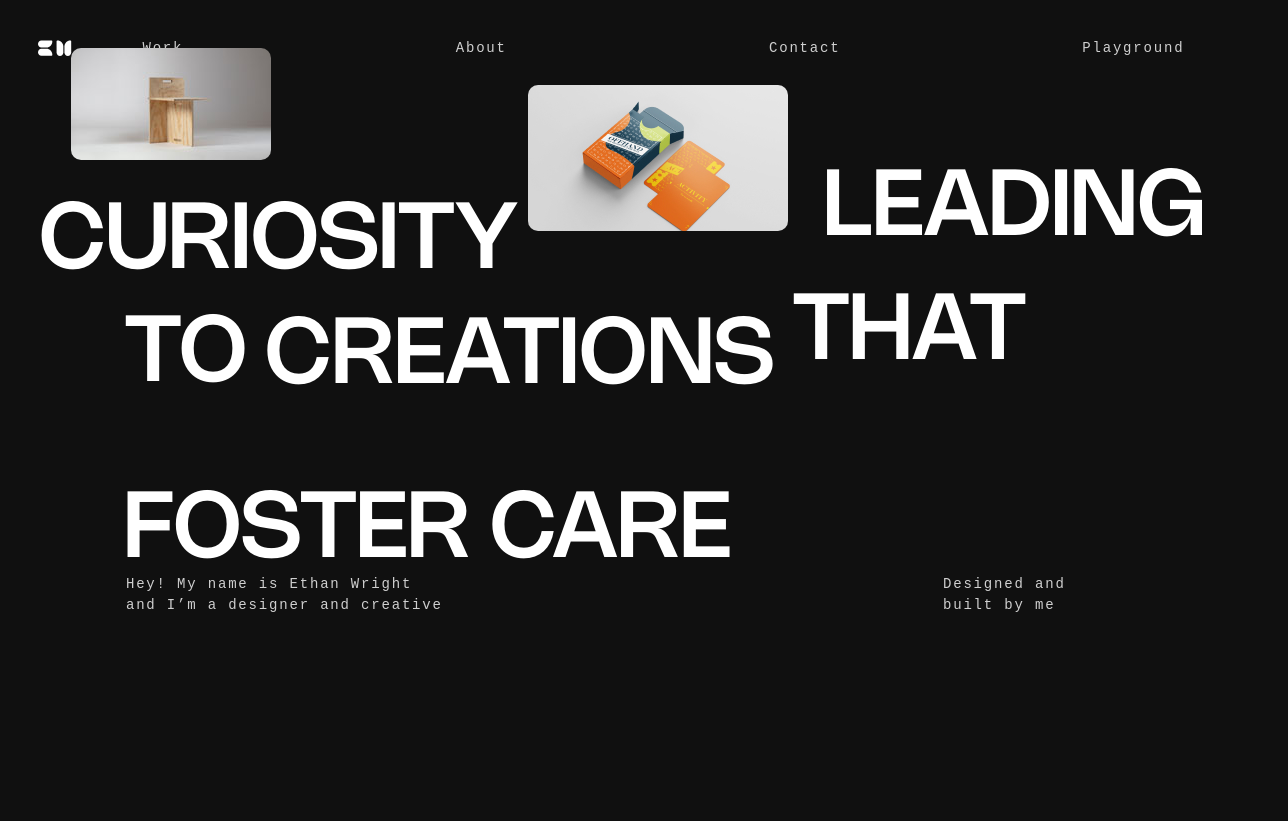
Repository: theethanwright/ethan_wright_portfolio
Page: home.html
An editor plug-in stored every save of this project. The page is shown before and after the next save, followed by the edit.
The browser window is 1280 px wide. The page is 1288 px wide, so the pictures cover 1288 px, including what lies to the right of the window. The pictures show the whole page.
Some web libraries are served in a nearby version.

Above is the page before, as saved 2023-12-24 21:15:10.

### home.html
<!DOCTYPE html>
<html lang="en">
<head>
    <meta charset="UTF-8">
    <meta name="viewport" content="width=device-width, initial-scale=1.0">
    <script defer src="node_modules/matter-js/build/matter.min.js"></script>
    <script defer src="app.js"></script>
    <link rel="stylesheet" href="style.css">
    <title>Home</title>
</head>
<body>
    <div class="container">
        <div class="logo">
            <svg xmlns="http://www.w3.org/2000/svg" width="16" height="17" viewBox="0 0 16 17" fill="none">
                <path d="M14.3673 0H3.61693C1.61938 0 0 1.6756 0 3.74249C0 5.80938 1.61938 7.48498 3.61693 7.48498H9.1428C12.5831 7.48498 15.372 4.59931 15.372 1.03958C15.372 0.46542 14.9221 0 14.3673 0Z" fill="white"/>
                <path d="M9.1428 8.72827H3.61693C1.61938 8.72827 0 10.4039 0 12.4708C0 14.5377 1.61938 16.2133 3.61693 16.2133H14.3673C14.9221 16.2133 15.372 15.7478 15.372 15.1737C15.372 11.6139 12.5831 8.72827 9.1428 8.72827Z" fill="white"/>
            </svg>
            <svg xmlns="http://www.w3.org/2000/svg" width="17" height="17" viewBox="0 0 17 17" fill="none">
                <path d="M1.63275 0C1.07786 0 0.628052 0.46542 0.628052 1.03958V12.8729C0.628052 14.9398 2.24743 16.6154 4.24498 16.6154C6.24253 16.6154 7.86191 14.9398 7.86191 12.8729V6.4454C7.86191 2.88567 5.07306 0 1.63275 0Z" fill="white"/>
                <path d="M15.2936 0C11.8532 0 9.06439 2.88567 9.06439 6.4454V12.8729C9.06439 14.9398 10.6838 16.6154 12.6813 16.6154C14.6789 16.6154 16.2983 14.9398 16.2983 12.8729V1.03958C16.2983 0.46542 15.8484 0 15.2936 0Z" fill="white"/>
            </svg>
        </div>
        <p>Work</p>
        <p>About</p>
        <p>Contact</p>
        <p>Playground</p>
    </div>
    <div class="text">CURIOSITY LEADING TO CREATIONS THAT FOSTER CARE </div>
    <img src="public/images/2.jpg" alt="" class="image" draggable="false">
    <img src="public/images/1.jpg" alt="" class="image" draggable="false">
    <div class="intro"><p>Hey! My name is Ethan Wright and I’m a designer and creative</p></div>
    <div class="fun-fact"><p>Designed and built by me</p></div>
</body>
</html>

### app.js
const canvasSize = {
    width: window.innerWidth,
    height: window.innerHeight
  };

  const lineHeight = (window.innerWidth * 8.5) / 100;
  const displayPaddingLeft = (window.innerWidth * 9.838) / 100;
  const displayPaddingTop = (window.innerHeight * 23.903) / 100;

  const spaceBetweenWords = 20;

  const splitWords = () => {
    const textNode = document.querySelector(".text");
    const text = textNode.textContent.trim(); // Remove leading/trailing whitespace
    const words = text.split(" ");
    const lines = [
      ["CURIOSITY", "LEADING"],
      ["TO", "CREATIONS", "THAT"],
      ["FOSTER", "CARE"]
    ];

    const lineDivs = lines.map((lineWords) => {
      const spanElements = lineWords.map((word) => {
        return `<span class="word">${word}</span>`;
      });
      return `<div class="line">${spanElements.join("")}</div>`;
    });

    textNode.innerHTML = lineDivs.join("");
  };

  splitWords();

const renderCanvas = () => {
  const Engine = Matter.Engine;
  const Render = Matter.Render;
  const World = Matter.World;
  const Body = Matter.Body;
  const Events = Matter.Events;
  const Bodies = Matter.Bodies;
  const Runner = Matter.Runner;
  const Composite = Matter.Composite;
  const params = {
    isStatic: true,
    render: {
      fillStyle: "transparent"
    }
  };

  const engine = Engine.create({});

  const render = Render.create({
    element: document.body,
    engine: engine,
    options: {
      ...canvasSize,
      background: "transparent",
      wireframes: false,
    }
  });

  // walls and other configurations remain the same...
  Composite.add(engine.world, [
      // walls
      Bodies.rectangle(
          canvasSize.width / 2,
          canvasSize.height,
          canvasSize.width,
          50,
          params,
     { isStatic: true }),
      Bodies.rectangle(
          0,
          canvasSize.height / 2,
          50,
          canvasSize.height,
          params,
           { isStatic: true }),
      Bodies.rectangle(
          canvasSize.width,
          canvasSize.height / 2,
          50,
          canvasSize.height,
          params,
           { isStatic: true }),
      Bodies.rectangle(
          canvasSize.width / 2,
          0,
          canvasSize.width,
          50,
          params,
           { isStatic: true })
  ]);

const imageBodies = [];
const imageElements = document.querySelectorAll(".image");

var lastTime = 0,
scaleRate = 3.5;

imageElements.forEach((imageElem) => {
    const randomLeft = Math.floor(Math.random() * window.innerWidth);
    const randomTop = Math.floor(Math.random() * window.innerHeight);
    const iBody = Bodies.rectangle(
        randomLeft,
        randomTop,
        9,
        5,
      {
        render: { fillStyle: "transparent" }
      }
     );

     Events.on(engine, 'beforeUpdate', function(event) {
        var timeScale = (event.delta || (1000 / 60)) / 1000;

        if (scaleRate > 0) {
            Body.scale(iBody, 1 + (scaleRate * timeScale), 1 + (scaleRate * timeScale));
        }

        if (engine.timing.timestamp - lastTime >= 1000) {

            // stop scaling
            scaleRate = 0;

            // update last time
            lastTime = engine.timing.timestamp;
        }
    });

     imageBodies.push({ iBody, imageElem});

    });


    const wordBodies = [];
    const lineDivs = document.querySelectorAll(".line");

    let currentY = displayPaddingTop; // Starting Y-coordinate for the first line
    lineDivs.forEach((lineDiv) => {
      const wordElements = lineDiv.querySelectorAll(".word");
      let currentX = displayPaddingLeft; // Starting X-coordinate for each line

      wordElements.forEach((wordElem) => {
        const width = wordElem.offsetWidth;
        const height = wordElem.offsetHeight;

        const body = Bodies.rectangle(
          currentX + width / 2,
          currentY + height / 2,
          width,
          height,
          {
            render: { fillStyle: "transparent" }
          }
        );

        wordBodies.push({ body, elem: wordElem });

        currentX += width + spaceBetweenWords;
      });

      currentY += lineHeight; // Adjust this value for vertical spacing between lines
    });

    World.add(engine.world, [
      ...wordBodies.map((box) => box.body),
      ...imageBodies.map((box) =>box.iBody),
    ]);

  engine.gravity.y = 0;

  render.options.showCollisions

  const mouse = Matter.Mouse.create(document.body);
  const mouseConstraint = Matter.MouseConstraint.create(engine, {
    mouse,
    constraint: {
      stiffness: 0.2,
      render: {
        visible: false
      }
    }
  });
  mouse.element.removeEventListener("mousewheel", mouse.mousewheel);
  mouse.element.removeEventListener("DOMMouseScroll", mouse.mousewheel);

  World.add(engine.world, [
    ...wordBodies.map((box) => box.body),
    mouseConstraint
  ]);
  render.mouse = mouse;
  Runner.run(engine);
  Render.run(render);

  (function rerender() {
    wordBodies.forEach(({ body, elem }) => {
    const { x, y } = body.position;
    elem.style.top = `${y - elem.offsetHeight / 2}px`;
    elem.style.left = `${x - elem.offsetWidth / 2}px`;
    elem.style.transform = `rotate(${body.angle}rad)`;
});

imageBodies.forEach(({ iBody, imageElem }) => {
    const { x, y } = iBody.position
    const { width, height, } = iBody.bounds;
    imageElem.style.top = `${y - imageElem.offsetHeight / 2}px`;
    imageElem.style.left = `${x - imageElem.offsetWidth / 2}px`;
    imageElem.style.width = `${width}px`;
    imageElem.style.height = `${height}px`;
    imageElem.style.transform = `rotate(${iBody.angle}rad)`;
  });

Matter.Engine.update(engine);
requestAnimationFrame(rerender);
})();

};

window.addEventListener("resize", () => {
  // Update canvasSize when the window is resized
  canvasSize.width = window.innerWidth;
  canvasSize.height = window.innerHeight;

  // Rerender canvas with the updated size
  renderCanvas();
});

window.addEventListener("DOMContentLoaded", (event) => {
  splitWords();
  renderCanvas();
});

### style.css
@font-face {
    font-family: "Nohemi";
    src: url(public/fonts/Nohemi-Medium.woff2);
  }

@import url('https://fonts.googleapis.com/css2?family=IBM+Plex+Mono&display=swap');

p {
    color: rgba(255, 255, 255, 0.80);
    font-family: 'IBM Plex Mono', monospace;
    font-size: 14px;
    font-style: normal;
    font-weight: 400;
    line-height: 150%; /* 21px */
    letter-spacing: 1.82px;
}

  body {
    display: block;
    overflow: hidden;
    background: #101010;
  }

.container {
    padding: 16px 30px;
    display: grid;
    margin: 0;
    grid-template-columns: repeat(12, 6.771vw);
    gap: 1.389vw;
}

.word {
    position: absolute;
    transform-origin: 50% 50%;
    cursor: grab;
    user-select: none;
    font-family: "Nohemi";
    color: #fff;
    font-size: 7.176vw;
    margin-right: 10px;
    line-height: auto;
  }

.logo {
    grid-column-start: 1;
    display: flex;
    width: 34px;
    height: 16px;
    justify-content: center;
    align-items: center;
    gap: 3.256px;
    justify-self: start;
    align-self: center;
  }

  p:nth-child(2) {
    grid-column-start: 2;
    justify-self: start;
    align-self: center;
  }

  p:nth-child(3) {
    grid-column-start: 5;
    justify-self: start;
    align-self: center;
  }

  p:nth-child(4) {
    grid-column-start: 8;
    justify-self: start;
    align-self: center;
  }

  p:nth-child(5) {
    grid-column-start: 11;
    justify-self: start;
    align-self: center;
  }

  .intro {
    position: absolute;
    top: 77.798vh;
    left: 9.838vw;
    width: 320px;
  }

  .fun-fact {
    position: absolute;
    top: 77.798vh;
    left: 73.669vw;
    width: 143px;
    height: 42px;
  }

  .image {
    position: absolute;
    width: 200;
    height: 112;
    flex-shrink: 0;

    border-radius: 10px;
  }

After the next save:
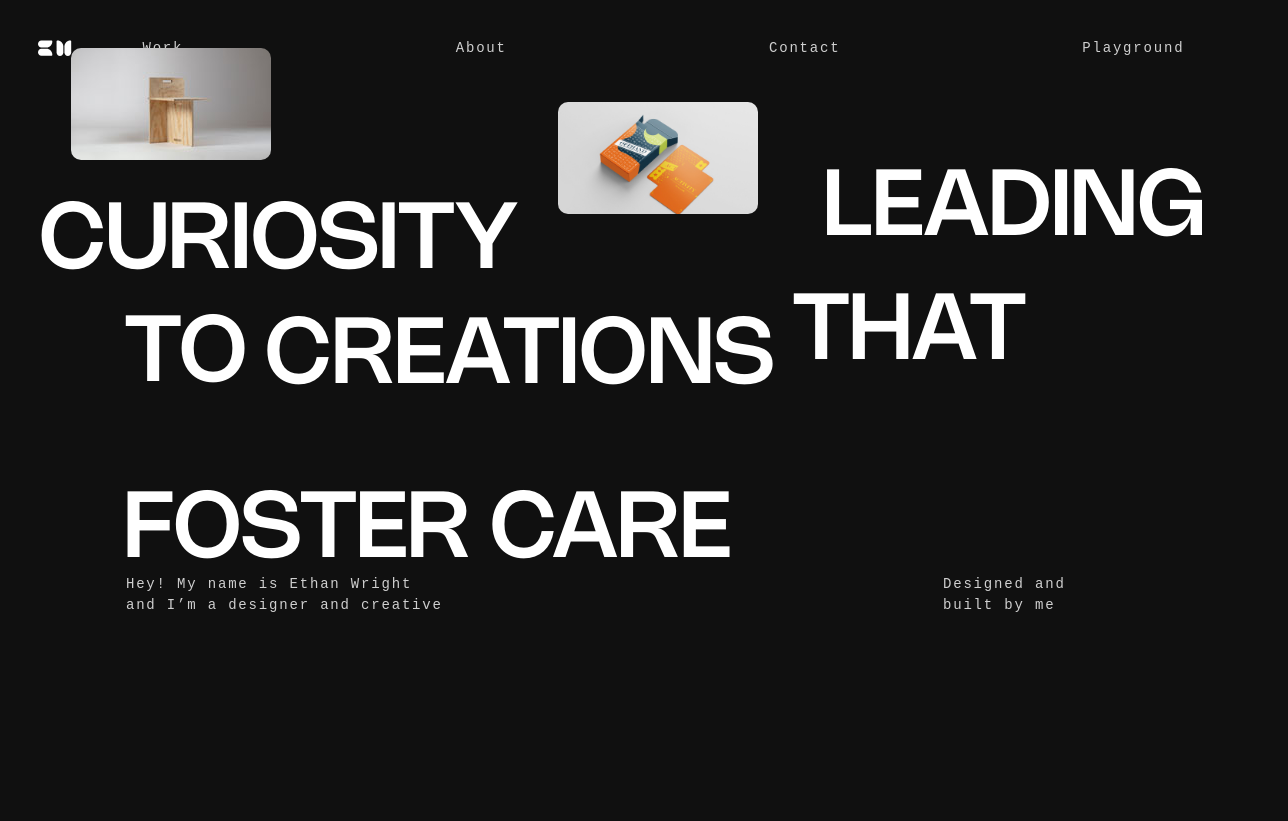
Saved 2 min 49 s later.
--- a/style.css
+++ b/style.css
@@ -94,8 +94,8 @@ p {
 
   .image {
     position: absolute;
-    width: 200;
-    height: 112;
+    width: 200px;
+    height: 112px;
     flex-shrink: 0;
 
     border-radius: 10px;
